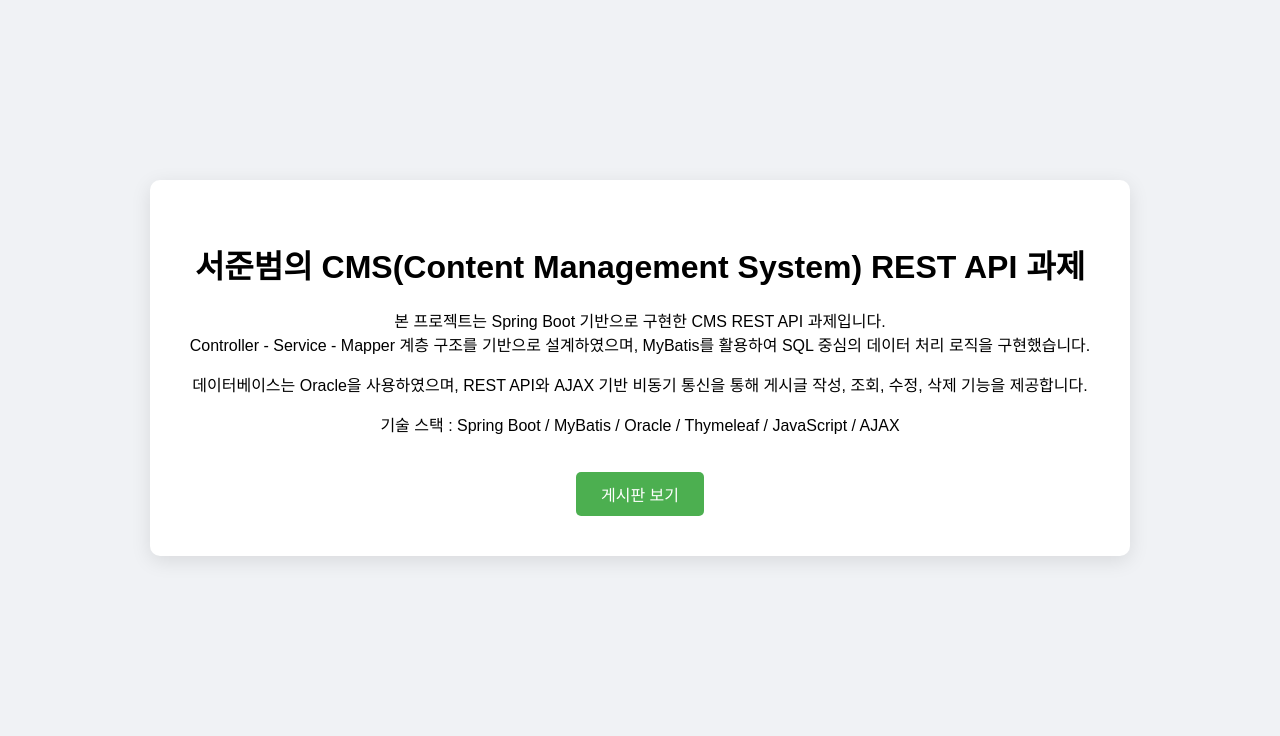
Repository: JunBeomSeo/CMS
Page: http://localhost/index
These files come from the project's save history. The page is drawn as it stood at one moment and after the next save; the edit follows.
The browser window is 1280 px wide. The pictures show the whole page.
The page is this project's Thymeleaf template; nobody is signed in. The template is opened directly, without the code that normally fills it, so the values that code supplies are empty.

Above is the page before, as saved 2026-03-27 16:36:40.

After the next save:
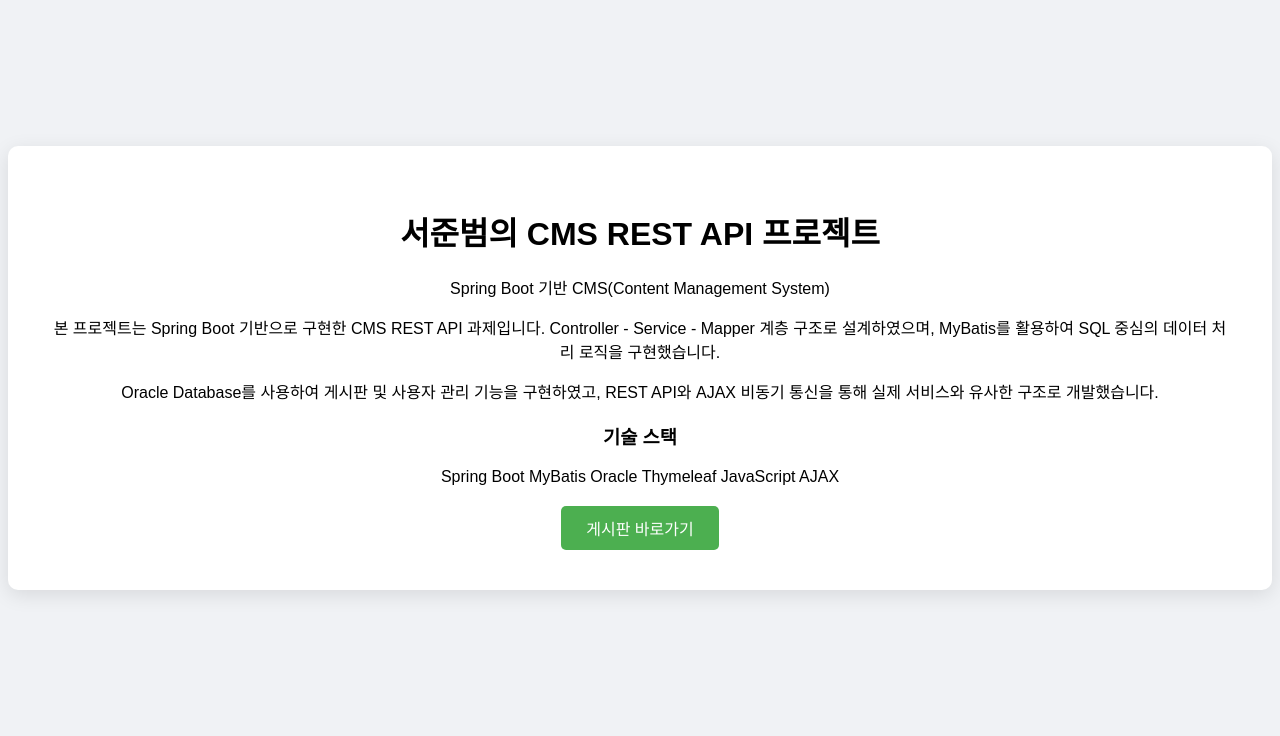
Saved 65 s later.
--- a/cms/src/main/resources/templates/index.html
+++ b/cms/src/main/resources/templates/index.html
@@ -5,28 +5,46 @@
 <title>서준범 CMS REST API 과제</title>
 <link rel="stylesheet" th:href="@{/css/index.css}">
 </head>
+
 <body>
-    <div class="container">
-        <div class="card">
-		<h1>서준범의 CMS(Content Management System) REST API 과제</h1>
 
-		<p>
-		본 프로젝트는 Spring Boot 기반으로 구현한 CMS REST API 과제입니다.<br>
-		Controller - Service - Mapper 계층 구조를 기반으로 설계하였으며,
-		MyBatis를 활용하여 SQL 중심의 데이터 처리 로직을 구현했습니다.
-		</p>
+<div class="container">
 
-		<p>
-		데이터베이스는 Oracle을 사용하였으며,
-		REST API와 AJAX 기반 비동기 통신을 통해
-		게시글 작성, 조회, 수정, 삭제 기능을 제공합니다.
-		</p>
+    <div class="card">
 
-		<p>
-		기술 스택 : Spring Boot / MyBatis / Oracle / Thymeleaf / JavaScript / AJAX
-		</p>
-            <a href="/boardList" class="btn">게시판 보기</a>
+        <h1>서준범의 CMS REST API 프로젝트</h1>
+        <p class="subtitle">Spring Boot 기반 CMS(Content Management System)</p>
+
+        <div class="description">
+            <p>
+            본 프로젝트는 Spring Boot 기반으로 구현한 CMS REST API 과제입니다.
+            Controller - Service - Mapper 계층 구조로 설계하였으며,
+            MyBatis를 활용하여 SQL 중심의 데이터 처리 로직을 구현했습니다.
+            </p>
+
+            <p>
+            Oracle Database를 사용하여 게시판 및 사용자 관리 기능을 구현하였고,
+            REST API와 AJAX 비동기 통신을 통해 실제 서비스와 유사한 구조로 개발했습니다.
+            </p>
         </div>
+
+        <div class="tech">
+            <h3>기술 스택</h3>
+            <div class="tech-list">
+                <span>Spring Boot</span>
+                <span>MyBatis</span>
+                <span>Oracle</span>
+                <span>Thymeleaf</span>
+                <span>JavaScript</span>
+                <span>AJAX</span>
+            </div>
+        </div>
+
+        <a href="/boardList" class="btn">게시판 바로가기</a>
+
     </div>
+
+</div>
+
 </body>
 </html>
